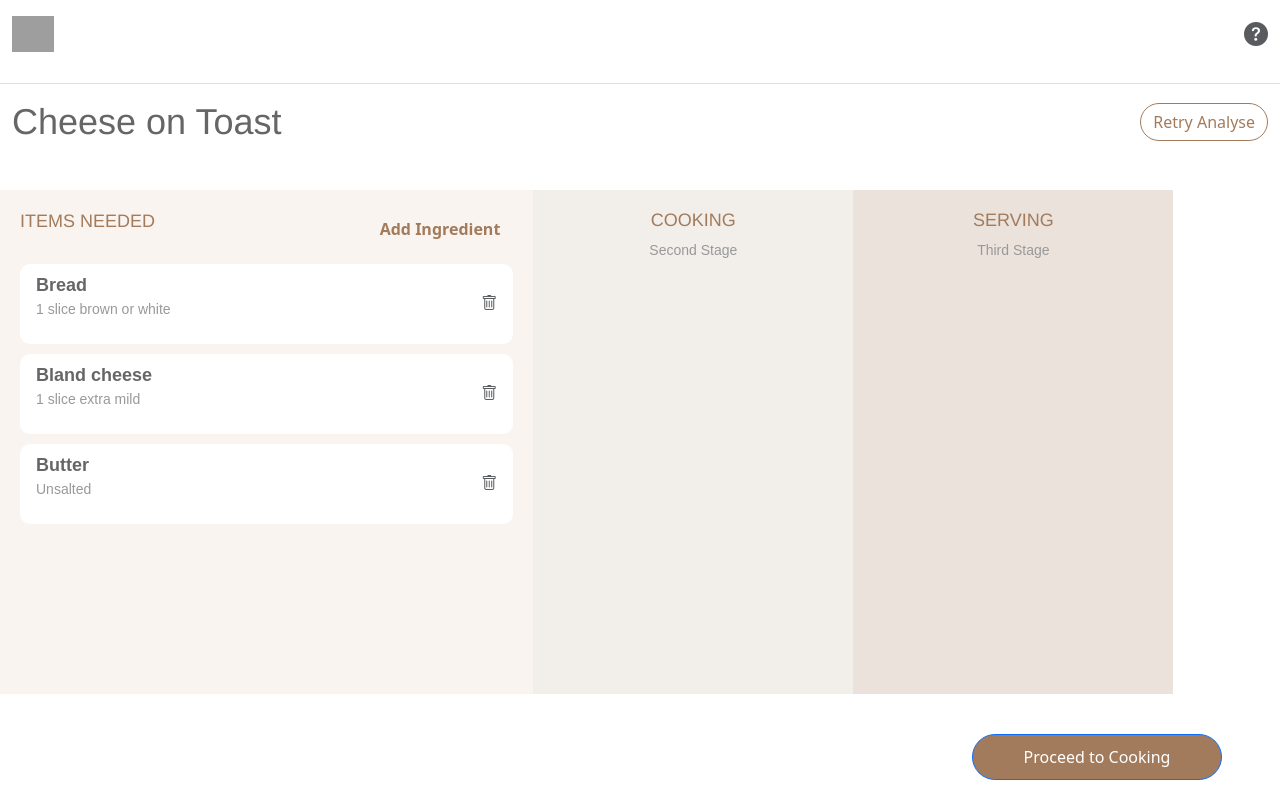
Repository: devashrisamani/SMC
Page: index.html
These files come from the project's save history. The page is drawn as it stood at one moment and after the next save; the edit follows.
The browser window is 1280 px wide. The pictures show the whole page.
Pictures or frames that could not be fetched are drawn as grey boxes.

Above is the page before, as saved 2024-10-09 15:40:05.

### index.html
<!DOCTYPE html>
<html lang="en">
  <head>
    <meta charset="UTF-8" />
    <meta name="viewport" content="width=device-width, initial-scale=1.0" />
    <link
      href="https://cdn.jsdelivr.net/npm/bootstrap@5.3.0-alpha1/dist/css/bootstrap.min.css"
      rel="stylesheet"
    />
    <link
      href="https://cdn.jsdelivr.net/npm/bootstrap-icons/font/bootstrap-icons.css"
      rel="stylesheet"
    />
    <link rel="stylesheet" href="styles.css" />
    <title>Recipe Page</title>
  </head>
  <body>
    <!-- Header -->
    <header class="container-fluid border-bottom py-3">
      <div class="d-flex justify-content-between align-items-center">
        <!-- Logo -->
        <div>
          <img src="img/logomark.svg" alt="Logo" class="logo" />
        </div>

        <!-- Help Icon -->
        <div>
          <i class="bi bi-question-circle-fill fs-4 text-muted"></i>
        </div>
      </div>
    </header>

    <!-- Title and Retry Button -->
    <section class="container-fluid py-3">
      <div class="d-flex justify-content-between align-items-center">
        <!-- Title -->
        <h1 class="header-title">Cheese on Toast</h1>

        <!-- Retry Button -->
        <button class="btn btn-outline-primary retry-btn">Retry Analyse</button>
      </div>
    </section>

    <!-- Main Content -->
    <section class="container-fluid py-3">
      <div class="row">
        <!-- First Rectangle: Items Needed -->
        <div class="col-md-5 rectangle items-needed">
          <div class="d-flex justify-content-between align-items-center mb-3">
            <!-- Title (Items Needed) -->
            <h4 class="items-title">ITEMS NEEDED</h4>

            <!-- Add Ingredient Button -->
            <button class="btn btn-link add-ingredient">Add Ingredient</button>
          </div>

          <!-- Ingredients List -->
          <ul class="list-group ingredients-list">
            <li
              class="list-group-item d-flex justify-content-between align-items-center"
            >
              <div>
                <strong>Bread</strong>
                <p>1 slice brown or white</p>
              </div>
              <i class="bi bi-trash text-muted"></i>
            </li>
            <li
              class="list-group-item d-flex justify-content-between align-items-center"
            >
              <div>
                <strong>Bland cheese</strong>
                <p>1 slice extra mild</p>
              </div>
              <i class="bi bi-trash text-muted"></i>
            </li>
            <li
              class="list-group-item d-flex justify-content-between align-items-center"
            >
              <div>
                <strong>Butter</strong>
                <p>Unsalted</p>
              </div>
              <i class="bi bi-trash text-muted"></i>
            </li>
          </ul>
        </div>

        <!-- Second Rectangle: Cooking -->
        <div class="col-md-3 rectangle cooking">
          <h5>COOKING</h5>
          <p>Second Stage</p>
        </div>

        <!-- Third Rectangle: Serving -->
        <div class="col-md-3 rectangle serving">
          <h5>SERVING</h5>
          <p>Third Stage</p>
        </div>
      </div>

      <div class="row justify-content-end">
        <div class="col-md-3">
          <button class="btn btn-primary btn-lg btn-block proceed-btn">
            Proceed to Cooking
          </button>
        </div>
      </div>
    </section>

    <script src="https://cdn.jsdelivr.net/npm/bootstrap@5.3.0-alpha1/dist/js/bootstrap.bundle.min.js"></script>
  </body>
</html>

### styles.css
/* Custom styles for the header */
.logo {
  width: 42px;
  height: 36px;
}

.bi-question-circle-fill {
  color: #a27b5c;
}

.border-bottom {
  border-color: #eee;
}

/* Title Section */
.header-title {
  font-family: "Calistoga-Regular", Helvetica, sans-serif;
  color: #666666;
  font-size: 36px;
  margin: 0;
}

.retry-btn {
  border-color: #a27b5c;
  color: #a27b5c;
  border-radius: 20px;
}

.retry-btn:hover {
  background-color: #a27b5c;
  color: #fff;
}

/* Styling for the three rectangles */

.rectangle {
  background-color: #f7f3ef;
  padding: 20px;
  /* height: 100%; */
  margin-bottom: 10px;
  min-height: 70vh;
}

.items-needed {
  background-color: #f9f4ef;
}

.cooking {
  background-color: #f2eee9;
  text-align: center;
}

.serving {
  background-color: #eae2db;
  text-align: center;
}

/* Title and Text Styles */
.items-title {
  font-family: "Calistoga-Regular", Helvetica, sans-serif;
  color: #a27b5c;
  font-size: 18px;
  margin-bottom: 15px;
}

.ingredients-list .list-group-item {
  border: none;
  border-radius: 10px;
  background-color: #fff;
  margin-bottom: 10px;
  font-family: "DM Sans", sans-serif;
}

.ingredients-list .list-group-item strong {
  font-size: 18px;
  color: #666666;
}

.ingredients-list .list-group-item p {
  font-size: 14px;
  color: #999999;
}

/* Add Ingredient Button */
.add-ingredient {
  color: #a27b5c;
  font-weight: bold;
  text-decoration: none;
}

.cooking h5,
.serving h5 {
  font-family: "Calistoga-Regular", Helvetica, sans-serif;
  font-size: 18px;
  color: #a27b5c;
}

.cooking p,
.serving p {
  font-family: "DM Sans", sans-serif;
  font-size: 14px;
  color: #999999;
}

/* Flexbox for the title and button alignment */
.d-flex {
  display: flex;
  justify-content: space-between;
  align-items: center;
  margin-bottom: 15px;
}

/* Styling for the Proceed button */
.proceed-btn {
  background-color: #a27b5c;
  color: #fff;
  border-radius: 50px;
  font-size: 16px;
  padding: 10px;
  width: 100%;
  max-width: 250px;
  margin-top: 30px;
}

.proceed-btn:hover {
  background-color: #8c6649;
  color: #fff;
}

After the next save:
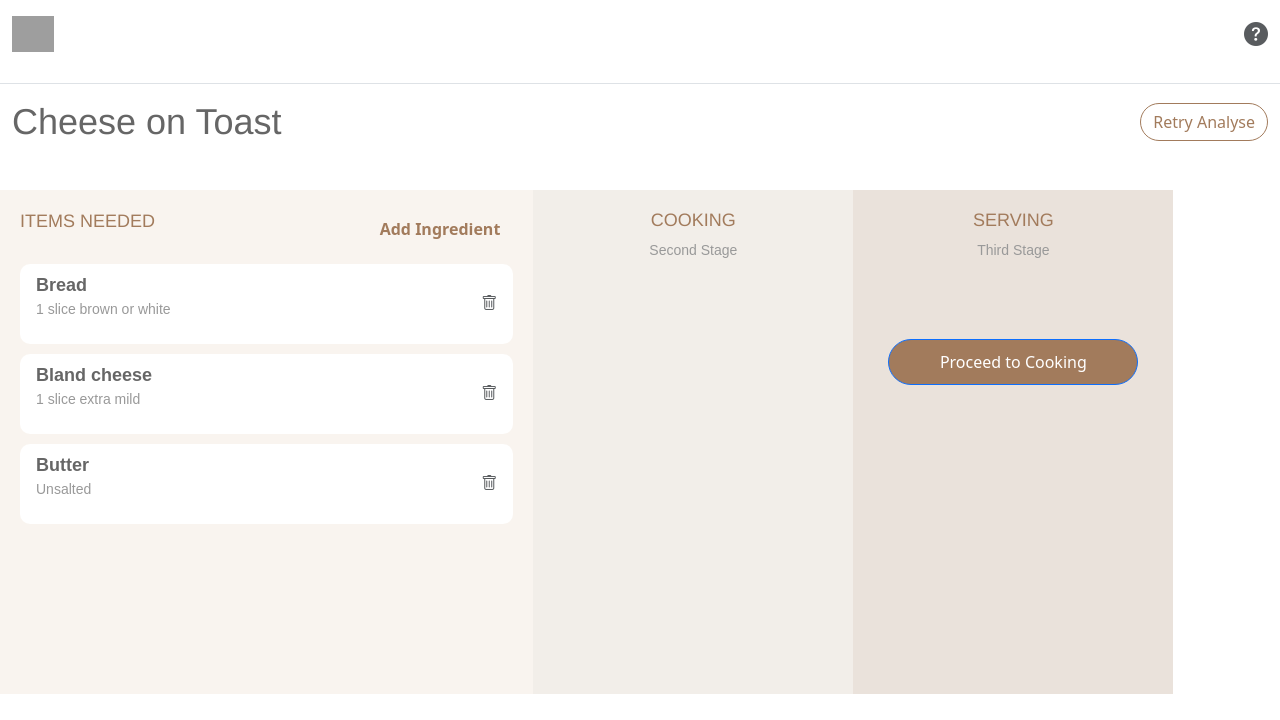
Saved 46 s later.
--- a/index.html
+++ b/index.html
@@ -96,14 +96,11 @@
         <div class="col-md-3 rectangle serving">
           <h5>SERVING</h5>
           <p>Third Stage</p>
-        </div>
-      </div>
-
-      <div class="row justify-content-end">
-        <div class="col-md-3">
-          <button class="btn btn-primary btn-lg btn-block proceed-btn">
-            Proceed to Cooking
-          </button>
+          <div class="text-center mt-5">
+            <button class="btn btn-primary proceed-btn">
+              Proceed to Cooking
+            </button>
+          </div>
         </div>
       </div>
     </section>
